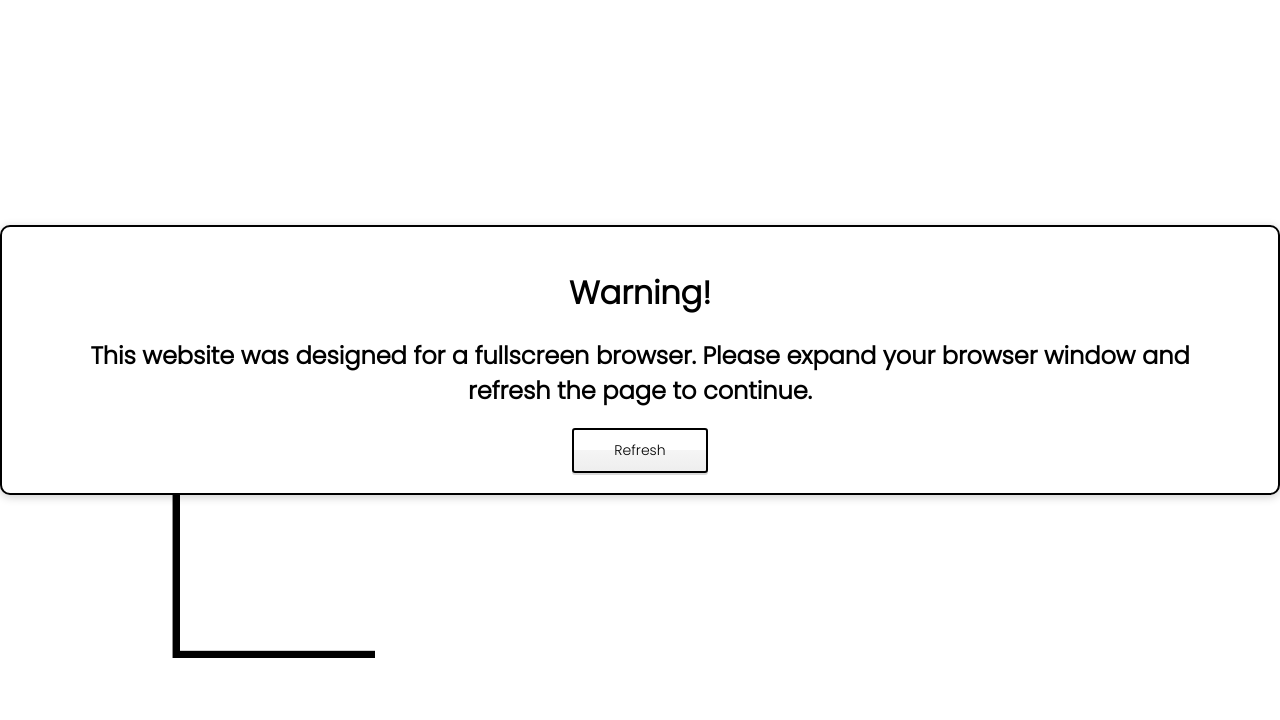
Repository: notMaximilian/maximilianaquino.github.io
Page: index.html
The author's editor kept a copy of each file at every save. The page is drawn from the files as they stood at one save, then again after a run of saves.
The browser window is 1280 px wide. The pictures show the whole page.

Above is the page before, as saved 2022-02-04 09:42:50.
Console error: TypeError: Cannot read properties of null (reading 'style')

### index.html
<!DOCTYPE html>
<html lang="en">

<head>
  <meta charset="UTF-8">
  <meta name="viewport" content="width=device-width, initial-scale=1.0">
  <title>Max Aquino</title>
  <link rel="preconnect" href="https://fonts.googleapis.com">
  <link rel="preconnect" href="https://fonts.gstatic.com" crossorigin>
  <link href="https://fonts.googleapis.com/css2?family=Poppins:wght@300&display=swap" rel="stylesheet">
  <link rel="stylesheet" href="css/main.css">
</head>

<body>

  <div class="intro">
    <h1 class="name-header">
      <span class="name">Max</span><span class="name">imilian</span>
    </h1>
  </div>


  </div>


  <div class="wrap">
    <div class="game-wrapper">
      <div class="game"></div>

      <h1 id="max">Maximilian</h1>

      <img class="corners" src="img/corner-test.png">

      <div class="congratulations">
        <h1>Warning!</h1>
        <h2>This website was designed for a fullscreen browser. Please expand your browser window and refresh the page to continue. </h2>
        <button class="btn" onclick="window.location.reload()">Refresh</button>
      </div>
      <div class="game-over">
        <h1>GAME OVER</h1>
        <h2>You lost the game</h2>
        <button class="btn" onclick="window.location.reload()">Restart</button>
      </div>
    </div>
  </div>

  <!-- Maximilian Fade in and out -->


  <script src="js/app.js"></script>
  <!-- <script src="js/game.js"></script> -->
</body>

</html>

### css/main.css
html,
body {
  height: 100%;
  overflow: hidden;
}

body {
  margin: 0;
  font: 16px sans-serif;
}

.wrap {
  display: flex;
  flex-direction: column;
  height: 100%;
}


.game-wrapper {
  flex: 1;
  display: flex;
  justify-content: center;
  align-items: center;
  background: #ffffff;
}
.game {
  width: 100%;
  height: 100%;

  box-shadow: 0 2px 10px black;
  position: absolute;
}

@keyframes scroll-background {
  from {
    background-position-y: 0px;
  }
  to {
    background-position-y: 256px;
  }
}

.game .enemy {
  position: absolute;
  margin-left: -20px;
  margin-top: -18px;
  width: 40px;
}

.game .player {
  position: absolute;
  margin-left: -20px;
  width: 40px;
}

.game .laser {
  position: absolute;
  margin-left: -2.5px;
  height: 30px;
}

.game .enemy-laser {
  position: absolute;
  margin-left: -2.5px;
  height: 30px;
}

.congratulations {
  display: none;
  position: absolute;
  background: #ffffff;
  color: black;
  padding: 20px 50px;
  box-shadow: 0 2px 10px rgba(0, 0, 0, 0.2);
  border: 2px solid black;
  border-radius: 10px;
  text-align: center;
  animation: pop-in 1s;
  font-family: "Poppins", sans-serif;
}

.game-over {
  display: none;
  position: absolute;
  background: #6b1818;
  color: white;
  padding: 20px 50px;
  box-shadow: 0 2px 10px rgba(0, 0, 0, 0.2);
  border-radius: 10px;
  text-align: center;
  animation: pop-in 1s;
}

.btn {
  border: 2px solid black;
  border-radius: 3px;
  box-shadow: 0 2px rgba(0, 0, 0, 0.15);
  background: linear-gradient(
    to bottom,
    #fff 0%,
    #fff 49%,
    #f5f5f5 50%,
    #eee 100%
  );
  padding: 10px 40px;
  font-family: "Poppins", sans-serif;
  font-size: 14px;
}
@keyframes pop-in {
  0% {
    opacity: 0;
    transform: translate(0, -100px);
  }
  10% {
    opacity: 1;
  }
  50% {
    transform: translate(0, 30px);
  }
  100% {
    transform: translate(0, 0);
  }
}

.intro{
  position: fixed;
  z-index: 1;
  left: 0;
  top: 0;
  width: 100%;
  height: 100vh;
  background-color: black;
  transition: 1s;
}

.name-header{
  position: absolute;
  top: 40%;
  left: 50%;
  transform: translate(-50%, -50%);
  color: #ffffff;
}

.intro h1{
  font-family: "Poppins", sans-serif;
  font-size: 80px;
  margin: 0;
  padding: 0;
}

.name{
  position: relative;
  display: inline-block;
  bottom: -20px;
  opacity: 0;
}

.name.active{
  bottom: 0;
  opacity: 1;
  transition: ease-in-out 0.5s;
}

.name.fade{
  bottom: 150px;
  opacity: 0;
  transition: ease-in-out 0.5s;
}

.corners{
  width: 16vw;
  height: auto;
  transform: translate(-35vw, 26vh);
}

.Maximilian

### js/app.js
const KEY_CODE_LEFT = 37;
const KEY_CODE_RIGHT = 39;
const KEY_CODE_SPACE = 32;
let inverted = false;
const WINDOW_WIDTH = window.innerWidth - 50;
const WINDOW_HEIGHT = window.innerHeight;

const ROCKET_WIDTH = 20;
const ROCKET_MAX_SPEED = 300.0;
const LASER_MAX_SPEED = 600.0;
const LASER_COOLDOWN = 0.5;
let rocketSpawn = false;
const HEADERS_PER_ROW = 10;
const HEADER_HORIZONTAL_PADDING = 80;
const HEADER_VERTICAL_PADDING = 70;
const HEADER_VERTICAL_SPACING = 80;
const HEADER_COOLDOWN = 5.0;


const WINDOW_STATE = {
    lastTime: Date.now(),
    leftPressed: false,
    rightPressed: false,
    spacePressed: false,
    rocketX: WINDOW_WIDTH / 2,
    rocketY: WINDOW_HEIGHT - 300,
    rocketCooldown: 0,
    lasers: [],
    headers: [],
    headerLasers: [],
    fullscreen: false
  };

function setSize($element, width){
    $element.style.width = `${width}vw`;
    $element.style.height = "auto";
  }

function setPosition(el, x, y) {
    if(el == null){console.log('NULL')
    return;}
    el.style.transform = `translate(${x}px, ${y}px)`;
}

function setHeaderPosition(el, x, y) {
  if(el == null){console.log('NULL')
  return;}
  el.style.transform = `translate(${x}vw, ${y}vh)`;
}

// create user controlled rocket for selecting header elements
function createRocket($container) {
    rocketSpawn = true;
    const $rocket = document.createElement("img");
    if(inverted == true){$rocket.src = "img/rocket-inverted.png";}
    else{$rocket.src = "img/rocket.png";}
    $rocket.className = "rocket";
    if (WINDOW_WIDTH + 50 == 1920){
      setSize($rocket,9)
    }
    else{
      setSize($rocket, 7)
    }

    WINDOW_STATE.rocketY = 440;
    $container.appendChild($rocket);
}

function destroyRocket($container, rocket) {
    rocketSpawn = false;
    $container.removeChild(rocket);
    WINDOW_STATE.finalState = true;
    const audio = new Audio("sound/sfx-lose.ogg");
    audio.play();
}

function sleep(milliseconds) {
  var start = new Date().getTime();
  for (var i = 0; i < 1e7; i++) {
    if ((new Date().getTime() - start) > milliseconds){
      break;
    }
  }
}


function rectsIntersect(r1, r2) {
    return !(
        r2.left > r1.right ||
        r2.right < r1.left ||
        r2.top > r1.bottom ||
        r2.bottom < r1.top
    );
}



function clamp(v, min, max) {
    if (v < min) {
      return min;
    } else if (v > max) {
      return max;
    } else {
      return v;
    }
}

function rand(min, max) {
    // if (min === undefined) min = 0;
    // if (max === undefined) max = 1;
    // return min + Math.random() * (max - min);
  }

  function updateRocket(dt, $container) {
    if (WINDOW_STATE.leftPressed) {
      WINDOW_STATE.rocketX -= dt * ROCKET_MAX_SPEED;
    }
    if (WINDOW_STATE.rightPressed) {
      WINDOW_STATE.rocketX += dt * ROCKET_MAX_SPEED;
    }



    WINDOW_STATE.rocketX = clamp(
      WINDOW_STATE.rocketX,
      ROCKET_WIDTH,
      WINDOW_WIDTH - ROCKET_WIDTH
    );


    if (WINDOW_STATE.spacePressed && WINDOW_STATE.rocketCooldown <= 0) {
      createLaser($container, WINDOW_STATE.rocketX - 79,  WINDOW_STATE.rocketY-20);
      console.log(WINDOW_STATE.rocketX)
      WINDOW_STATE.rocketCooldown = LASER_COOLDOWN;
    }
    if (WINDOW_STATE.rocketCooldown > 0) {
      WINDOW_STATE.rocketCooldown -= dt;
    }

    const rocket = document.querySelector(".rocket");
    if(rocket == null){return;}
    setPosition(rocket, WINDOW_STATE.rocketX, WINDOW_STATE.rocketY + 200);
  }

  function createLaser($container, x, y) {
    if(rocketSpawn == false) {return;}
    const $element = document.createElement("img");
    console.log($element)
    if(inverted == true){$element.src="img/laser-inverted.png"}
    else{$element.src = "img/laser.png";}
    $element.className = "laser";
    $element.style.position = "absolute"
    $container.appendChild($element);
    const laser = { x, y, $element };
    WINDOW_STATE.lasers.push(laser);
    const audio = new Audio("sound/sfx-laser1.ogg");
    audio.play();
    setPosition($element, x, y);
  }

  function destroyHeader($container, header) {
    $container.removeChild(header.$element);
    header.isDead = true;
  }

  function destroyAll($container){
    const background = document.querySelector(".game-wrapper");
    background.style.background = 'white';
    const headers = WINDOW_STATE.headers;
    for (let x = 0; x < headers.length; x++){
      let head = headers[x];
      if (head.dead == true){continue}
      head.$element.style.opacity = 0;
      head.$element.style.transition = 'ease-in-out 0.5s';
      destroyHeader($container, head)
    }
    // destroyLaser($container, laser);
    const rocket = document.querySelector('.rocket')
    rocket.style.opacity = 0;
    rocket.style.transition = 'ease-in-out 0.5s'
    destroyRocket($container, rocket)
    WINDOW_STATE.lasers = WINDOW_STATE.lasers.filter(e => !e.isDead);
  }

  function updateLasers(dt, $container) {
    if(rocketSpawn == false) {return;}
    const lasers = WINDOW_STATE.lasers;
    for (let i = 0; i < lasers.length; i++) {
      const laser = lasers[i];
      laser.y -= dt * LASER_MAX_SPEED;
      if (laser.y < 0) {
        destroyLaser($container, laser);
      }
      setPosition(laser.$element, laser.x, laser.y);
      const r1 = laser.$element.getBoundingClientRect();
      const headers = WINDOW_STATE.headers;
      for (let j = 0; j < headers.length; j++) {
        const header = headers[j];
        if (header.isDead) continue;
        const r2 = header.$element.getBoundingClientRect();
        if (rectsIntersect(r1, r2)) {
          if (header.name == 'more' || header.name == 'back'){

              for (let x = 0; x < headers.length; x++){
              let head = headers[x];
              if (head.dead == true){continue}
              head.$element.style.opacity = 0;
              head.$element.style.transition = 'ease-in-out 0.5s';
              destroyHeader($container, head)
            }
            destroyLaser($container, laser);

            const rocket = document.querySelector('.rocket')
            rocket.style.opacity = 0;
            rocket.style.transition = 'ease-in-out 0.5s'
            destroyRocket($container, rocket)

            console.log(inverted)
            if(inverted == false){
              setTimeout(()=>{
                initInvert($container)
              },10)
            }
            else{
              setTimeout(()=>{
                init()
              },10)
            }
            WINDOW_STATE.lasers = WINDOW_STATE.lasers.filter(e => !e.isDead);
            return;
          }
        if (header.name == 'project'){
          WINDOW_STATE.fullscreen = false;
        }
          destroyHeader($container, header);

          break;
        }
      }
    }
    WINDOW_STATE.lasers = WINDOW_STATE.lasers.filter(e => !e.isDead);
  }

function destroyLaser($container, laser) {
    console.log('attempting to destroy')
    $container.removeChild(laser.$element);
    laser.isDead = true;
}

function createHeader($container, name, x, y, i, size) {

    let $element = document.createElement("img");
    let img = i;
    $element.src = img;
    $element.className = "header";
    $element.style.position = "absolute";
    setHeaderPosition($element, x, y);
    setSize($element, size)
    $element.style.transition = "all .2s ease-in-out";


    let header = {
        x,
        y,
        cooldown: rand(0.5, HEADER_COOLDOWN),
        $element,
        name,
        dead: false
    };

    // header.$element.addEventListener('mouseenter', ()=>{
    //   if (name == "about"){
    //     $element.style.width = "450px";
    //   }
    //   else if(name == "skills"){
    //     $element.style.width = "230px"
    //   }
    //   else if(name == "project"){
    //     $element.style.width = "350px"
    //   }
    //   else if(name == "more"){
    //     $element.style.width = "250px"
    //   }
    // })

    // header.$element.addEventListener('mouseleave', ()=>{
    //   if (name == "about"){
    //     $element.style.width = "400px"
    //   }
    //   else if(name == "skills"){
    //     $element.style.width = "180px"
    //   }
    //   else if(name == "project"){
    //     $element.style.width = "300px"
    //   }
    //   else if(name == "more"){
    //     $element.style.width = "200px"
    //   }

    // })

    $container.appendChild($element);
    WINDOW_STATE.headers.push(header);
  }

  function updateHeaders(dt, $container) {
    const dx = Math.sin(WINDOW_STATE.lastTime / 1000.0) * 50;
    const dy = Math.cos(WINDOW_STATE.lastTime / 1000.0) * 10;

    const headers = WINDOW_STATE.headers;
    for (let i = 0; i < headers.length; i++) {
      const header = headers[i];
      const x = header.x + dx;
      const y = header.y + dy;
    //   setPosition(header.$element, x, y);
      header.cooldown -= dt;
      if (header.cooldown <= 0) {
        createHeaderLaser($container, x, y);
        header.cooldown = HEADER_COOLDOWN;
      }
    }
    WINDOW_STATE.headers = WINDOW_STATE.headers.filter(e => !e.isDead);
  }



  function createHeaderLaser($container, x, y) {
    const $element = document.createElement("img");
    $element.src = "img/laser-red-5.png";
    $element.className = "header-laser";
    $container.appendChild($element);
    const laser = { x, y, $element };
    WINDOW_STATE.headerLasers.push(laser);
    setPosition($element, x, y);
  }

  function updateheaderLasers(dt, $container) {
    const lasers = WINDOW_STATE.headerLasers;
    for (let i = 0; i < lasers.length; i++) {
      const laser = lasers[i];
      laser.y += dt * LASER_MAX_SPEED;
      if (laser.y > WINDOW_HEIGHT) {
        destroyLaser($container, laser);
      }
      setPosition(laser.$element, laser.x, laser.y);
      const r1 = laser.$element.getBoundingClientRect();
      const rocket = document.querySelector(".rocket");
      const r2 = rocket.getBoundingClientRect();
      if (rectsIntersect(r1, r2)) {
        // Rocket was hit
        destroyRocket($container, rocket);
        break;
      }
    }
    WINDOW_STATE.headerLasers = WINDOW_STATE.headerLasers.filter(e => !e.isDead);
  }

  function init() {
    document.body.style.zoom = (window.innerWidth / window.outerWidth)
    inverted = false;
    const width = WINDOW_WIDTH + 50;
    const background = document.querySelector(".game-wrapper");
    console.log(width);
    if (width >= 1920){
      // background.style.backgroundImage = "url('img/background-white.png')";
      WINDOW_STATE.fullscreen = true;
    }
    else if (width == 1366){
      // background.style.backgroundImage = "url('img/background-white-1366x768.png')";
      WINDOW_STATE.fullscreen = true;
    }
    else{
      WINDOW_STATE.fullscreen == false
      document.querySelector(".congratulations").style.display = "block";
      return;
    }


    const $container = document.querySelector(".game");
    createRocket($container);
    createHeader($container, 'project', 10 -2.5, 20 , 'img/card2.png', 17);
    createHeader($container, 'about', 30 -2.5, 18, 'img/card1.png', 23);
    createHeader($container, 'skills', 56 -2.5, 19.5, 'img/card5.png', 10);
    createHeader($container, 'more', 70 -2.5, 19.5, 'img/card4.png', 10);
  }

  function initInvert($container,x ,y){
    inverted = true;
    const background = document.querySelector(".game-wrapper");
    const width = WINDOW_WIDTH + 50;
    console.log(width)
    if (width >= 1920){
      background.style.backgroundImage = "url('img/background-black.png')";
      WINDOW_STATE.fullscreen = true;
    }
    else if (width == 1366){
      background.style.backgroundImage = "url('img/background-black-1366x768.png')";
      WINDOW_STATE.fullscreen = true;
    }
    else{
      WINDOW_STATE.fullscreen == false
      document.querySelector(".congratulations").style.display = "block";
      return;
    }
    createRocket($container);
    createHeader($container, '2', 10 -2.5, 20 , 'img/inverted-card2.png', 17);
    createHeader($container, '1', 30 -2.5, 18 , 'img/inverted-card1.png', 23);
    createHeader($container, '3', 56 -2.5, 19.5 , 'img/inverted-card5.png', 10);
    createHeader($container, 'back', 70 -2.5, 19.5, 'img/inverted-card4.png', 10);
  }


  function rocketHasWon() {
    // return WINDOW_STATE.headers.length === 0;
  }


  function update(e) {
    const currentTime = Date.now();
    const $container = document.querySelector(".game");

    const dt = (currentTime - WINDOW_STATE.lastTime) / 1000.0;

    if (WINDOW_STATE.fullscreen == false) {
      destroyAll($container)
      // document.querySelector(".congratulations").style.display = "block";

      return;
    }

    // if (rocketHasWon()) {
    //   document.querySelector(".congratulations").style.display = "block";

    //   return;
    // }


    updateRocket(dt, $container);
    updateLasers(dt, $container);
    updateHeaders(dt, $container);
    updateheaderLasers(dt, $container);

    WINDOW_STATE.lastTime = currentTime;
    window.requestAnimationFrame(update);
  }

  function onKeyDown(e) {
    if (e.keyCode === KEY_CODE_LEFT ) {
      WINDOW_STATE.leftPressed = true;
    } else if (e.keyCode === KEY_CODE_RIGHT) {
      WINDOW_STATE.rightPressed = true;
    } else if (e.keyCode === KEY_CODE_SPACE) {
      WINDOW_STATE.spacePressed = true;
    }
  }

  function onKeyUp(e) {
    if (e.keyCode === KEY_CODE_LEFT) {
      WINDOW_STATE.leftPressed = false;
    } else if (e.keyCode === KEY_CODE_RIGHT) {
      WINDOW_STATE.rightPressed = false;
    } else if (e.keyCode === KEY_CODE_SPACE) {
      WINDOW_STATE.spacePressed = false;
    }
  }


intro = document.querySelector('.intro')
let name = document.querySelector('.name-header')
let logoSpan = document.querySelectorAll('.name')

 window.addEventListener('DOMContentLoaded', () =>{

    setTimeout(()=>{
        logoSpan.forEach((span, idx)=>{
            setTimeout(()=>{
                span.classList.add('active')
            }, (idx + 1) * 400)
        })


        setTimeout(()=>{
            logoSpan.forEach((span, idx)=>{
                setTimeout(()=>{
                    span.classList.remove('active')
                    span.classList.add('fade')
                }, (idx + 1) * 400)
            })
        },2000)

        setTimeout(()=>{
            intro.style.top = '-100vh';
            window.addEventListener("keydown", onKeyDown);
            window.addEventListener("keyup", onKeyUp);
            window.requestAnimationFrame(update);
            init();
        }, 2300)

    })
 })

After the next 4 saves:
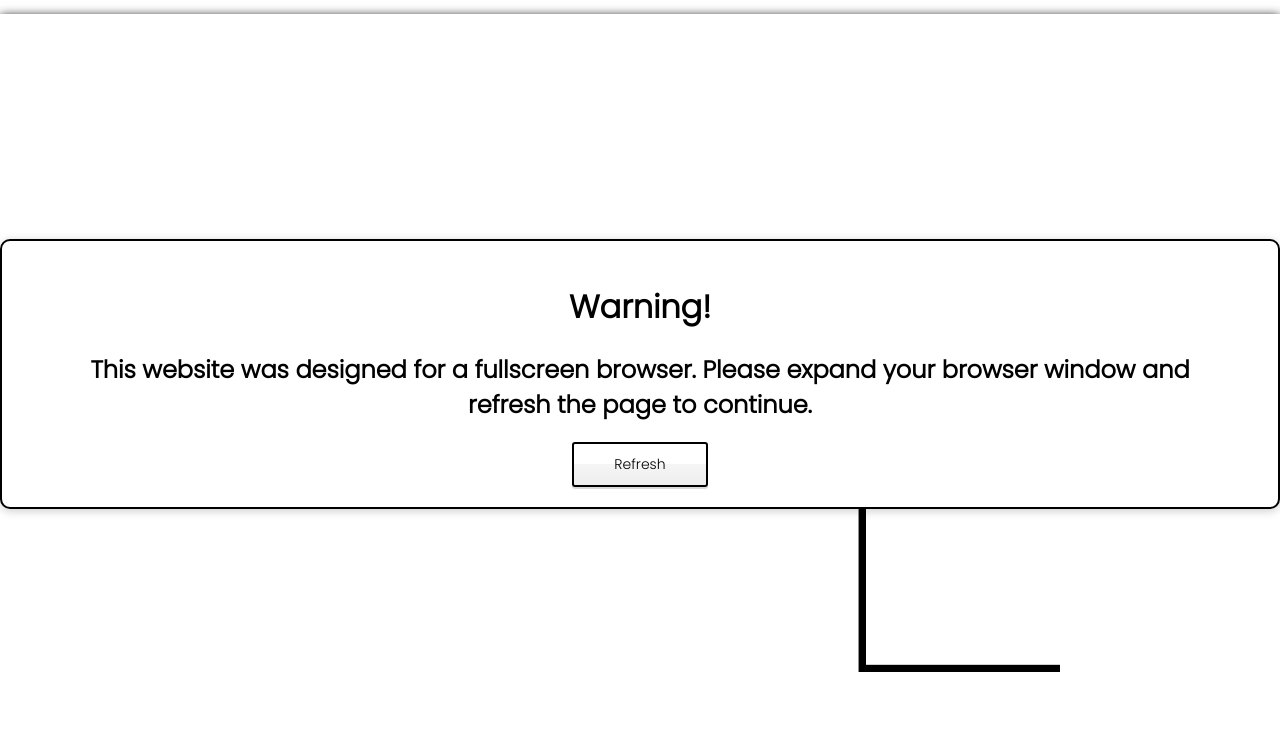
The 4 saves are shown as one change because they came seconds apart.
The last was saved 14 s later.
--- a/css/main.css
+++ b/css/main.css
@@ -173,4 +173,6 @@
   transform: translate(-35vw, 26vh);
 }
 
-.Maximilian
+#max{
+  font-size: 300px;
+}
